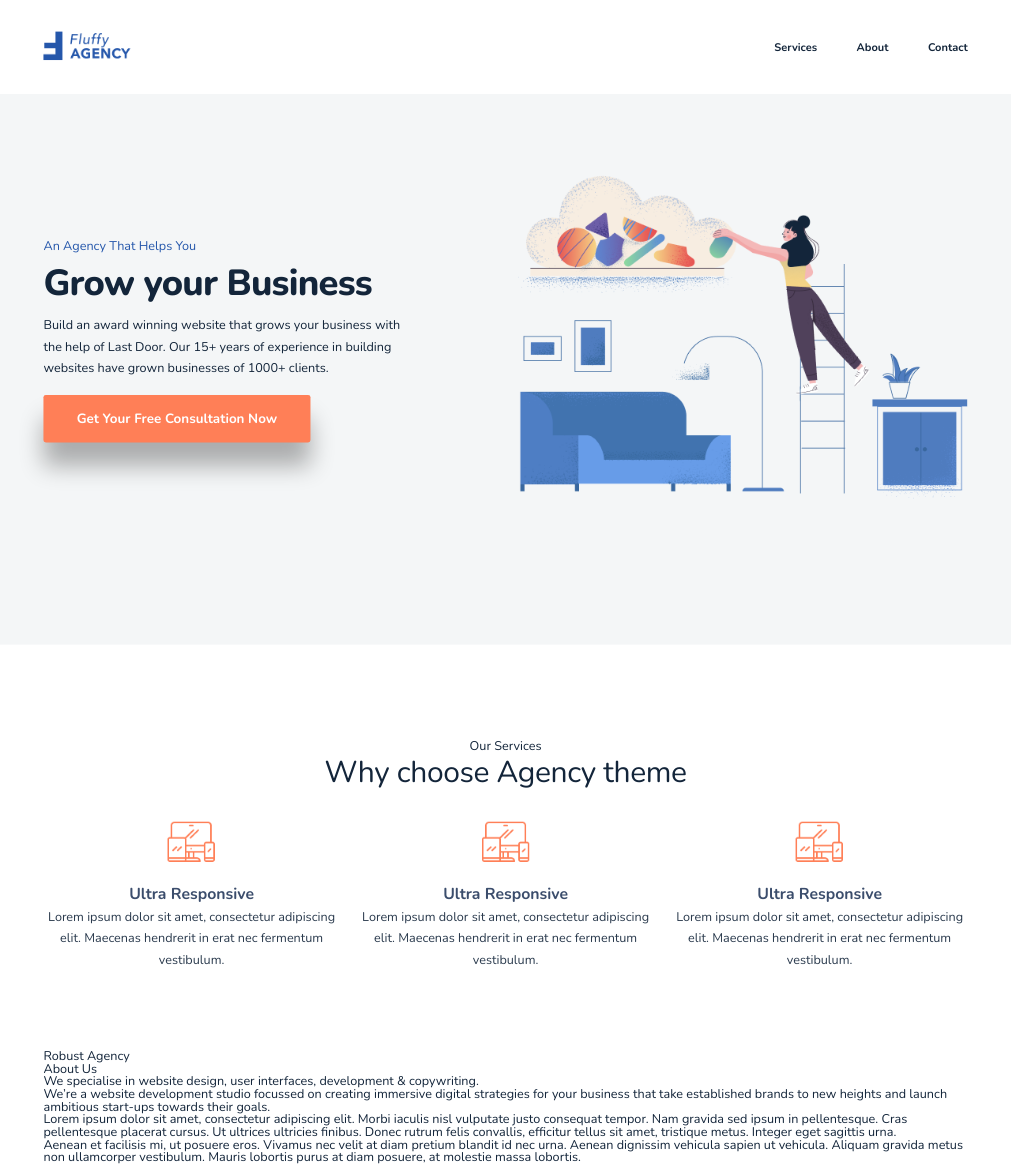
Repository: pixendrit/beetroot-fe-g1
Page: classwork/11 - Creating forms/fluffy-agency/index.html
These files come from the project's save history. The page is drawn as it stood at one moment and after the next save; the edit follows.
The browser window is 1280 px wide. The pictures show the whole page, at 79% of full size.

Above is the page before, as saved 2021-02-06 12:27:18.

After the next save:
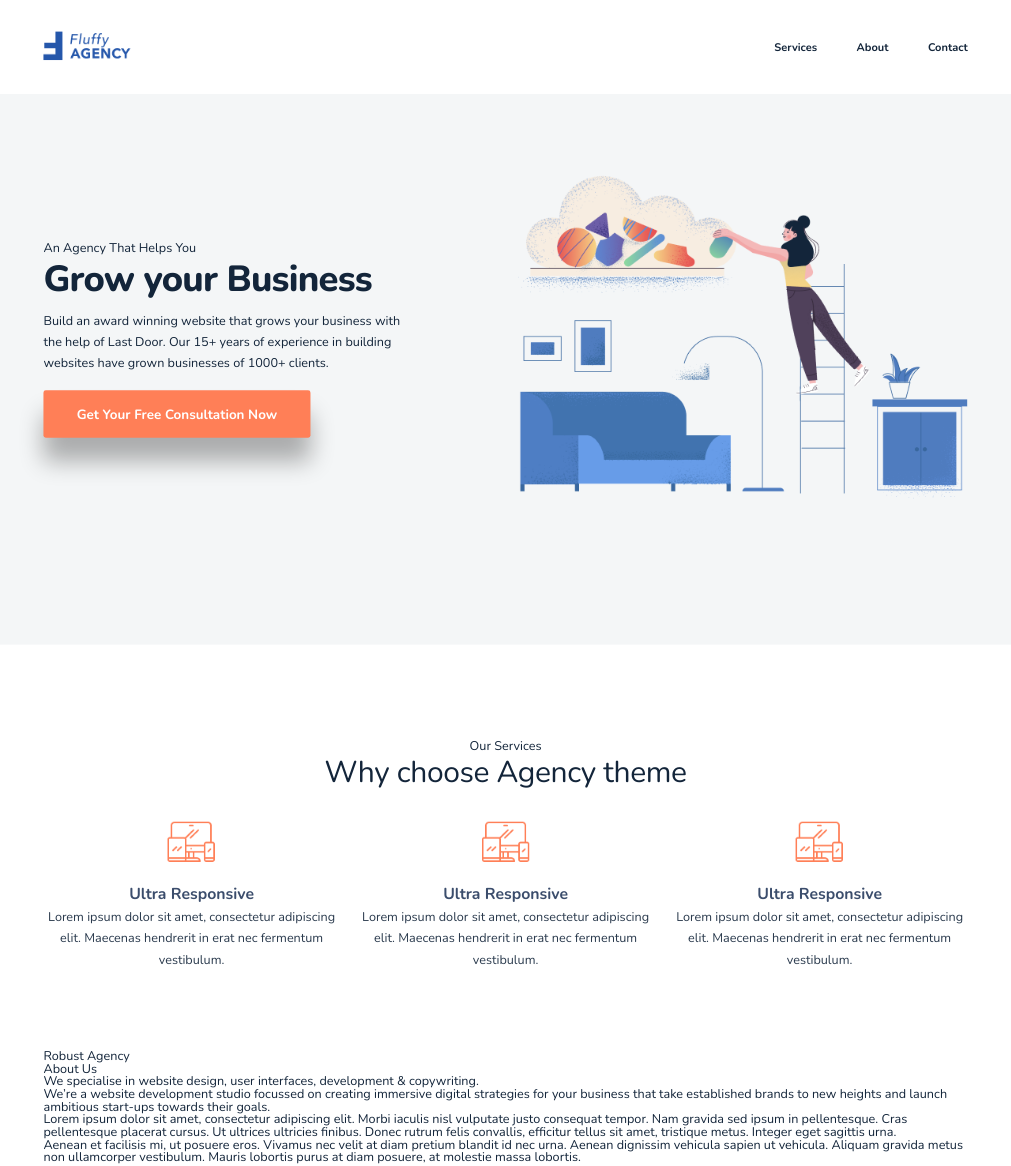
Saved 26 s later.
--- a/classwork/11 - Creating forms/fluffy-agency/styles/style.css
+++ b/classwork/11 - Creating forms/fluffy-agency/styles/style.css
@@ -113,14 +113,7 @@
 .hero__text {
   padding-right:130px;
 }
-.hero span {
-  float: left;
-  width: 100%;
-  font-size: 16px;
-  line-height: 1.4em;
-  color: #2557AB;
-  margin-bottom: 5px;
-}
+
 .hero h1 {
   font-size: 46px;
   line-height: 1.33em;
@@ -168,9 +161,7 @@
   text-align: center;
   margin-bottom: 30px;
 }
-.services__headline span {
-
-}
+
 .services__headline h2 {
   font-size: 38px;
   line-height: 52px;
